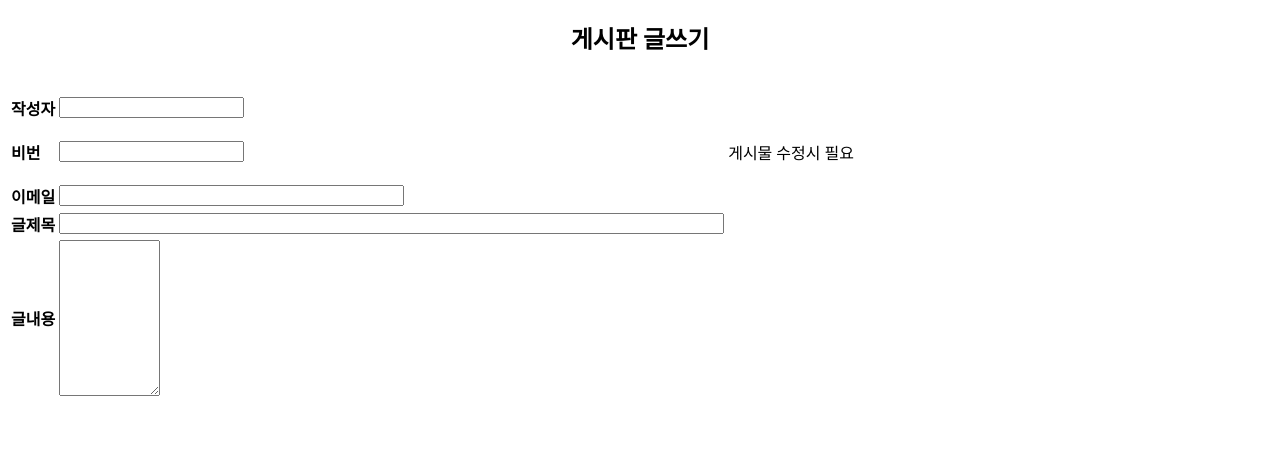
Repository: supremehappy/JSP_test02
Page: http://localhost/test/JSP_Test_06_1_boardWriteForm.jsp
The author's editor kept a copy of each file at every save. The page is drawn from the files as they stood at one save, then again after the next save.
The browser window is 1280 px wide. The pictures show the whole page.
The page is served by Tomcat 9.

Above is the page before, as saved 2017-07-17 07:18:26.

After the next save:
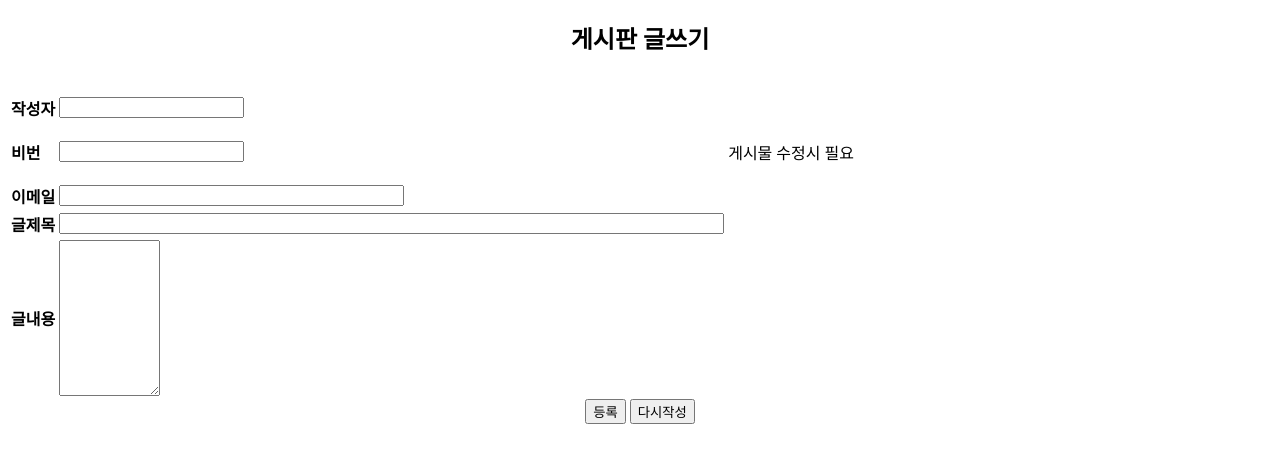
Saved 86 s later.
--- a/test/WebContent/JSP_Test_06_1_boardWriteForm.jsp
+++ b/test/WebContent/JSP_Test_06_1_boardWriteForm.jsp
@@ -9,7 +9,9 @@
 	h2{
 		text-align: center;
 	}
-
+	div{
+		text-align: center;
+	}
 </style>
 </head>
 <body>
@@ -39,6 +41,10 @@
 			<td><textarea rows="10" cols="10" name="comment"  ></textarea></td>
 		</tr>
 	</table>
+	<div>
+		<input type="submit" value="등록">
+		<input type="reset" value="다시작성">
+	</div>
 </form>
 </body>
 </html>
